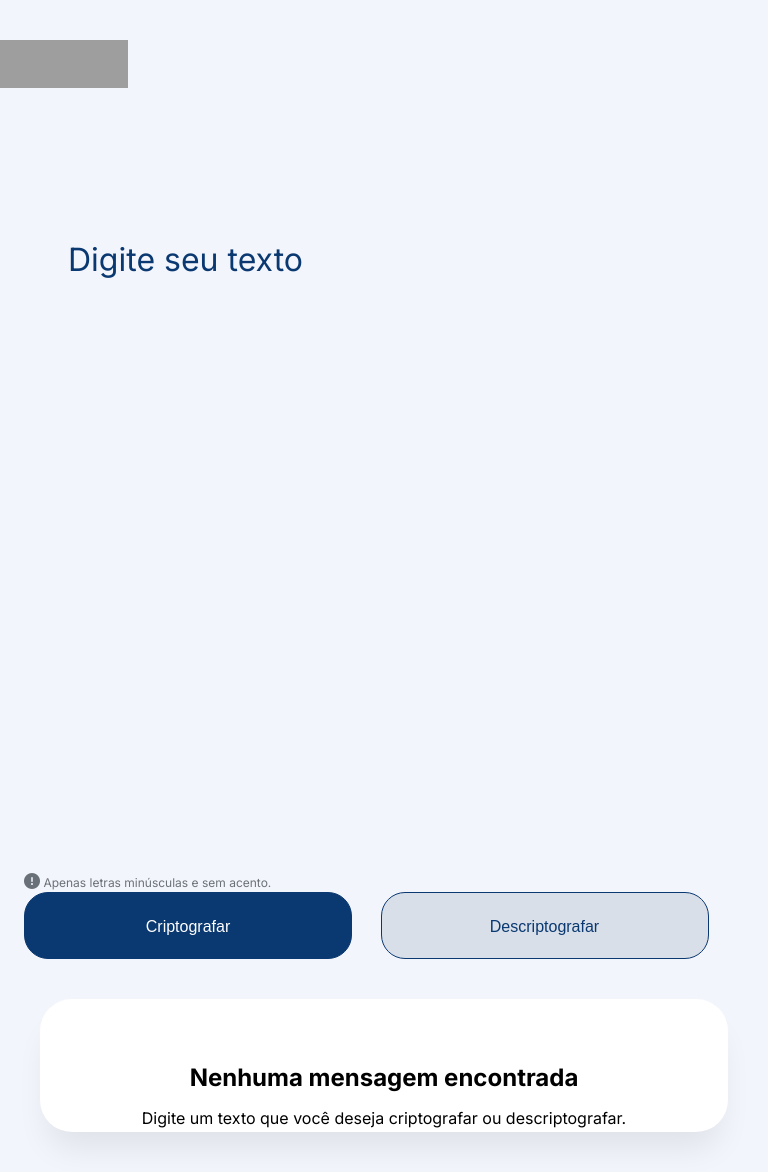
Repository: CarlosEduardoVdeOliveira/descodificador-de-texto
Page: index.html
These files come from the project's save history. The page is drawn as it stood at one moment and after the next save; the edit follows.
The browser window is 768 px wide. The pictures show the whole page.
Pictures or frames that could not be fetched are drawn as grey boxes.

Above is the page before, as saved 2023-04-13 08:26:37.

### index.html
<!DOCTYPE html>
<html lang="en">
<head>
   <meta charset="UTF-8">
   <link rel="preconnect" href="https://fonts.googleapis.com">
   <link rel="preconnect" href="https://fonts.gstatic.com" crossorigin>
   <meta http-equiv="X-UA-Compatible" content="IE=edge">
   <meta name="viewport" content="width=device-width, initial-scale=1.0">
   <link href="https://fonts.googleapis.com/css2?family=Inter:wght@400;700&display=swap" rel="stylesheet">
   <link rel="stylesheet" href="https://cdnjs.cloudflare.com/ajax/libs/font-awesome/6.4.0/css/all.min.css" integrity="sha512-iecdLmaskl7CVkqkXNQ/ZH/XLlvWZOJyj7Yy7tcenmpD1ypASozpmT/E0iPtmFIB46ZmdtAc9eNBvH0H/ZpiBw==" crossorigin="anonymous" referrerpolicy="no-referrer" />
   <link rel="stylesheet" href="/public/styles/reset.css">
   <link rel="stylesheet" href="/public/styles/index.css">
   <link rel="stylesheet" href="/public/styles/tablet.css">
   <title>Decodificador</title>
</head>
<body>
   <main>
      <img src="/public/images/imageLogo.png"
         alt="letra a da logo da escola de programação Alura">
      <div class="frist-area">
         <textarea class="textarea-input" placeholder="Digite seu texto" autofocus></textarea>
         <div class="info">
            <span>
               <i class="fa-solid fa-circle-exclamation"></i>
               Apenas letras minúsculas e sem acento.
            </span>
            <div>
               <button class="button-cryptography">Criptografar</button>
               <button class="button-decryption">Descriptografar</button>
            </div>
         </div>
      </div>
      <div class="text-cryption">
         <img src="/public/images/imageHighLight.svg" alt="">
         <div>
            <h2>Nenhuma mensagem encontrada</h2>
            <p>
               Digite um texto que você deseja criptografar ou descriptografar.
            </p>
         </div>
      </div>
   </main>
   <script src="/public/scripts/index.js"></script>
</body>
</html>

### public/styles/reset.css
:root{
   --light-gray: #D8DFE8;
   --gray-100: #CED4DA;
   --gray-200: #ADB5BD;
   --gray-300: #868E96;
   --gray-400: #495057;
   --gray-500: #343A40;
   --light-blue-100: #F3F5FC;
   --light-blue-200: #EFF1FA;
   --light-blue-300: #E9ECF8;
   --light-blue-400: #AAB2D5;
   --light-blue-500: #757FB2;
   --dark-blue-100: #609ED4;
   --dark-blue-200: #356EA9;
   --dark-blue-300: #0A3871;
   --dark-blue-400: #072B61;
   --dark-blue-500: #052051;
}
*{
   margin: 0;
   padding: 0;
   box-sizing: border-box;
}

html{
   font-family:  'Inter', sans-serif;
   font-size: 1rem;
}

### public/styles/index.css
/* header{
   width: 100%;
   height: 2.5rem;
} */
body{
   background-color: var(--light-blue-100);
}
img{
   width: 8rem;
   height: 3rem;
   margin-top: 2.5rem;
}
main {
   display: flex;
   justify-content: space-around;
   align-items: self-start;
   margin: 0 auto;
}
.frist-area{
   display: flex;
   flex-direction: column;
   margin-top: 7.5rem;
}
textarea.textarea-input{
   width: 42.5rem;
   height: 39.68rem;
   font-family: 'Inter';
   font-size: 32px;
   line-height: 150%;
   background-color: var(--light-blue-100);
   color: var(--dark-blue-300);
   border: none;
   resize: none;
   margin-bottom: 1.5rem;
   padding: 1.5rem;
}
textarea.textarea-input:focus{
   outline: 0;
}

textarea.textarea-input::placeholder{
   color: var(--dark-blue-300);
}

i{
   color: var(--gray-400);
   font-size: 1rem;
}
span{
   font-size: 12px;
   color: var(--gray-400);
   line-height: 150%;
   opacity: 0.8;
   margin-bottom: 1rem;
}
button{
   padding: 1.5rem;
   gap: .5rem;
   width: 328px;
   height: 67px;
   border-radius: 1.5rem;
   cursor: pointer;
   font-size: 1rem;
   line-height: 19px;
   border: 1px solid var(--dark-blue-300);
   transition: all .2s;
}
.button-cryptography{
   background-color: var(--dark-blue-300);
   color: white;
   margin-right: 1.5rem;
}
.button-cryptography:hover{
   background-color: var(--dark-blue-400);
}
.button-decryption{
   background: var(--light-gray);
   color: var(--dark-blue-300);
}
.button-decryption:hover{
   background-color: var(--light-blue-200);
}
.text-cryption{
   width: 25rem;
   margin: 2.5rem;
   padding: 15.188rem 2rem;
   text-align: center;
   background-color: white;
   /* shadow */
   box-shadow: 0px 24px 32px -8px rgba(0, 0, 0, 0.08);
   border-radius: 32px;
}
.text-cryption img{
   width: 21rem;
   height: 19rem;
}
.text-cryption div{
   display: flex;
   flex-direction: column;

   margin-top: 2rem;
   padding: 0px;
   gap: 16px;
}
.format-text-cryption{
   /* padding: 2rem;
   position: relative; */

}

.button-copy-cryption{
   background-color: white;
}
.button-copy-cryption:hover{
   background-color: var(--light-blue-200);
}

### public/styles/tablet.css
@media (max-width: 768px) {
   main{
      display: block;
   }
   .textarea-input{
      border: 2px solid saddlebrown;
      margin: 0 auto;
   }
   .info{
      margin-left: 1.5rem;
   }
   .text-cryption{
      width: 43rem;
      height: 8.313rem;
      padding: 2rem;
   }
   .text-cryption img{
      display: none;
   }
}

### public/scripts/index.js
const elementTextarea = document.querySelector("textarea.textarea-input");
const areaCryption = document.querySelector(".text-cryption");
const buttonCryptography = document.querySelector(".button-cryptography");
const buttonDecryption = document.querySelector(".button-decryption");


function alterTextCryptionArea(){
   areaCryption.classList.remove('text-cryption')
   areaCryption.innerHTML = `
      <p>${elementTextarea.value}</p>
      <button class="button-copy-cryption">Copiar</button>
   `;
}
/*
function copyText(){
   const text = document.querySelector("format-text-cryption")
   text.select();
   document.execCommand('copy');
} */
/* document.querySelector("button-copy-cryption").onclick = copyText */
buttonCryptography.onclick = alterTextCryptionArea
buttonDecryption.onclick = alterTextCryptionArea

After the next save:
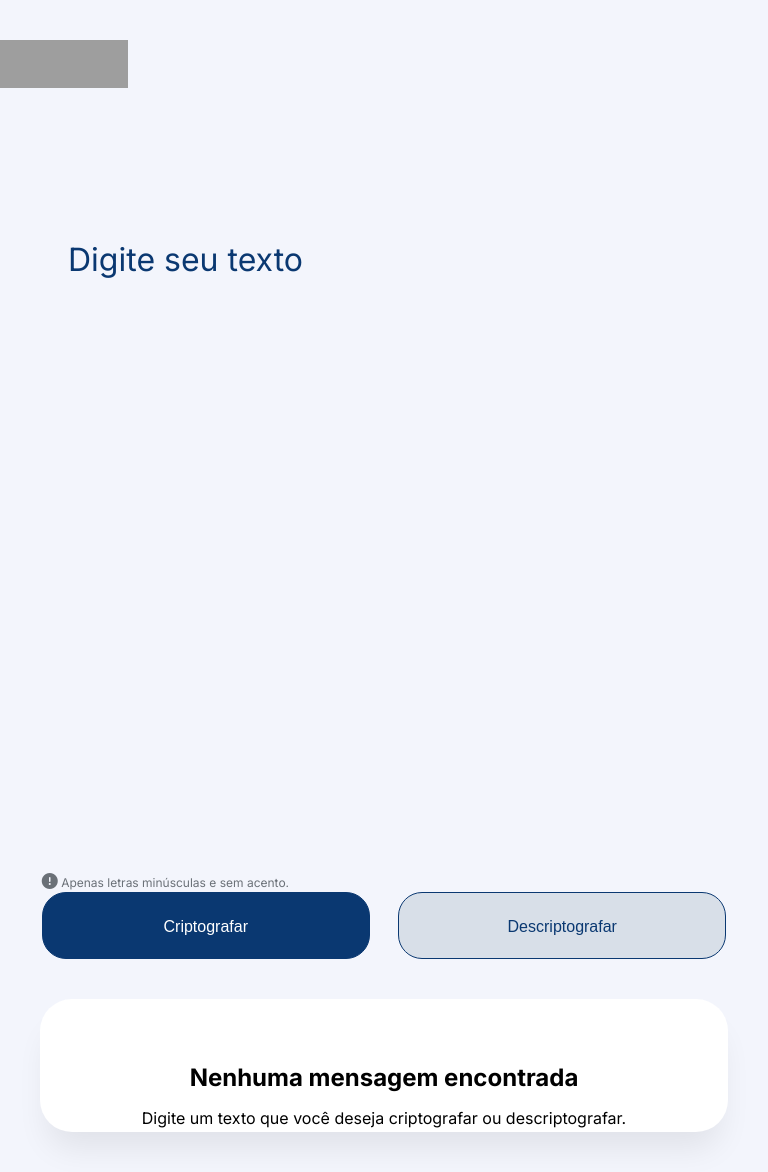
Saved 46 s later.
--- a/public/styles/tablet.css
+++ b/public/styles/tablet.css
@@ -7,7 +7,7 @@
       margin: 0 auto;
    }
    .info{
-      margin-left: 1.5rem;
+      margin: 0 auto;
    }
    .text-cryption{
       width: 43rem;
